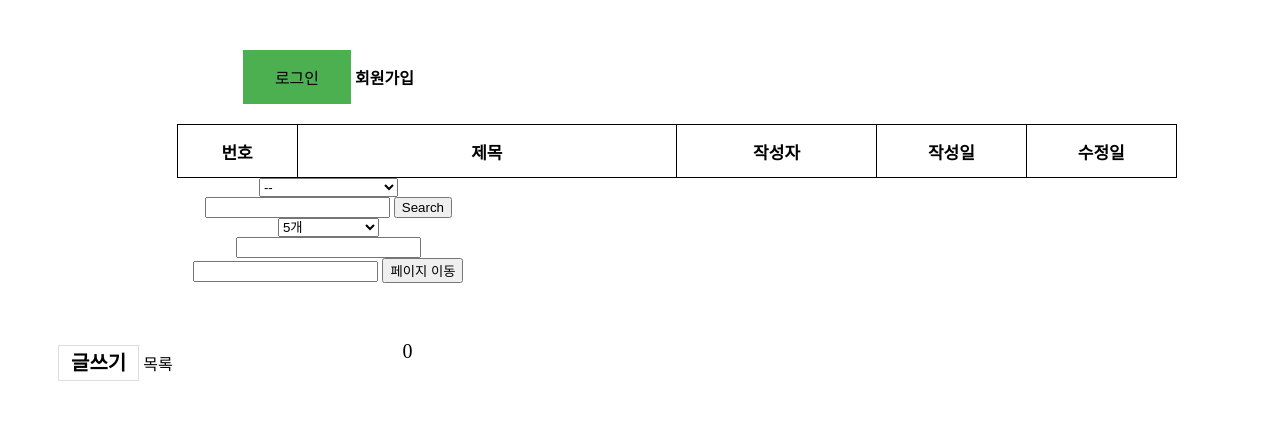
Repository: Shim-YoungDo/gaea-study
Page: http://localhost/study/WEB-INF/views/board/list.jsp
An editor plug-in stored every save of this project. The page is shown before and after the next save, followed by the edit.
The browser window is 1280 px wide. The pictures show the whole page.
The page is served by Tomcat 9. Nobody is signed in. Other server files are loaded and not shown. The template is opened directly, without the code that normally fills it, so the values that code supplies are empty.

Above is the page before, as saved 2021-12-07 05:05:39.

### study/src/main/webapp/WEB-INF/views/board/list.jsp
<%@ page language="java" contentType="text/html; charset=UTF-8"
	pageEncoding="UTF-8"%>
<%@ taglib uri="http://java.sun.com/jsp/jstl/core" prefix="c"%>
<%@ taglib prefix="fmt" uri="http://java.sun.com/jsp/jstl/fmt"%>
<!DOCTYPE html>
<html>
<head>
<meta charset="UTF-8">
<title>Insert title here</title>
<link rel="stylesheet" href="/resources/css/board/list.css">
<script src="https://code.jquery.com/jquery-3.4.1.js"
	integrity="sha256-WpOohJOqMqqyKL9FccASB9O0KwACQJpFTUBLTYOVvVU="
	crossorigin="anonymous"></script>
</head>
<body>
	<div class="table_wrap">
		<a href="/board/registeView" class="enroll_btn">글쓰기</a>
		<a href="/board/list" class="list_btn">목록</a>
		<div class="login_area">
		<!-- 로그인 x -->
		<c:if test="${member==null}">
		<div class="login_button"><a href="/member/login">로그인</a></div>
		<span><a href="/member/join">회원가입</a></span>
		</c:if>

		<!-- 로그인 o -->
		<c:if test="${member != null}">
		<div class="login_success_area">
			<span>이름:${member.memberName}</span>
			<span>아이디:${member.memberID}</span>
			<a href="/member/logout">로그아웃</a>
		</div>
		</c:if>

		<table>
			<thead>
				<tr>
					<th class="bno_width">번호</th>
					<th class="title_width">제목</th>
					<th class="writer_width">작성자</th>
					<th class="regdate_width">작성일</th>
					<th class="updatedate_width">수정일</th>
				</tr>
			</thead>
			<c:forEach items="${list}" var="list">
				<tr>
					<td><c:out value="${list.boardNumber}" /></td>
					<td>
						<a class="move" href='<c:out value="${list.boardNumber}"/>'>
							<c:out value="${list.boardTitle}" />
						</a>
					</td>
					<td>
						<c:out value="${list.boardWriter}" />
					</td>
					<td>
						<fmt:formatDate pattern="yyyy/MM/dd"
							value="${list.boardRegistrationDate}" />
					</td>
					<td>
						<fmt:formatDate pattern="yyyy/MM/dd"
							value="${list.boardUpdateDate}" />
					</td>
				</tr>
			</c:forEach>
		</table>

		<div class="search_wrap">
			<div class="search_area">
				<select name="type">
                <option value="" <c:out value="${pageMake.cri.type == null?'selected':'' }"/>>--</option>
                <option value="T" <c:out value="${pageMake.cri.type eq 'T'?'selected':'' }"/>>제목</option>
                <option value="C" <c:out value="${pageMake.cri.type eq 'C'?'selected':'' }"/>>내용</option>
                <option value="W" <c:out value="${pageMake.cri.type eq 'W'?'selected':'' }"/>>작성자</option>
                <option value="TC" <c:out value="${pageMake.cri.type eq 'TC'?'selected':'' }"/>>제목 + 내용</option>
                <option value="TW" <c:out value="${pageMake.cri.type eq 'TW'?'selected':'' }"/>>제목 + 작성자</option>
                <option value="TCW" <c:out value="${pageMake.cri.type eq 'TCW'?'selected':'' }"/>>제목 + 내용 + 작성자</option>
            </select>
				<input type="text" name="keyword" value="${pageMake.cri.keyword}">
				<button>Search</button>
			</div>
		</div>

		<div class="amount_wrap">
			<div class="amount_area">

					<select name="amount" onchange="selectBoxChange(this.value);">
						<option value="" disabled >=== 선택 ===</option>
						<option value=5 <c:out value="${pageMake.cri.amount == 5?'selected':''}"/>>5개</option>
    					<option value=10 <c:out value="${pageMake.cri.amount == 10?'selected':''}"/>>10개</option>
    					<option value=20 <c:out value="${pageMake.cri.amount == 20?'selected':''}"/>>20개</option>
    					<option value=25 <c:out value="${pageMake.cri.amount == 25?'selected':''}"/>>25개</option>

					</select>

			</div>
		</div>


		<div class="page_select_wrap">
			<div class="page_select_area">
				<input type = "text" pattern="\d" name="pageSelect"value='<c:out value="${pageMake.cri.pageNum}"/>'>
				<input name = "totalPage" readonly="readonly" value = '<c:out value="${pageMake.realEnd}"/>'>
				<button>페이지 이동</button>
			</div>
		</div>

		<div class="pageInfo_wrap">
			<div class="pageInfo_area">
				<ul id="pageInfo" class="pageInfo">

					<!-- 이전페이지 버튼 -->
					<c:if test="${pageMake.prev}">
						<li class="pageInfo_btn previous"><a href="${pageMake.startPage-1}">이전</a></li>
					</c:if>

					<!-- 각 번호 페이지 버튼 -->
					<c:forEach var="num" begin="${pageMake.startPage}" end="${pageMake.endPage}">
						<li class="pageInfo_btn ${pageMake.cri.pageNum == num ? "active":"" }"><a href="${num}">${num}</a></li>
					</c:forEach>

					<!--
					<form id="pageForm" method="post">
					<select name="amount" id="amount" onchange="selectBoxChange(this.value);">
						<option value="none">=== 선택 ===</option>
						<option value="5">5개</option>
    					<option value="10">10개</option>
    					<option value="20">20개</option>
					</select>
					</form>
					-->

					<!-- 다음페이지 버튼 -->
					<c:if test="${pageMake.next}">
						<li class="pageInfo_btn next"><a href="${pageMake.endPage+1}">다음</a></li>
					</c:if>
				</ul>
			</div>
		</div>

		<form id="moveForm" method="get">
			<input type="hidden" name="pageNum" value="${pageMake.cri.pageNum}">
			<input type="hidden" name="amount" value="${pageMake.cri.amount}">
			<input type="hidden" name="keyword" value="${pageMake.cri.keyword}">
			<input type="hidden" name="type" value="${pageMake.cri.type}">

		</form>
	</div>
</div>

	<script>
		let moveForm = $("#moveForm");
		let pageForm = $("#pageForm");

		$(".move").on("click", function(e) {
			e.preventDefault();
			moveForm.append("<input type='hidden' name='boardNumber' value='"
					+ $(this).attr("href") + "'>"); //<form>내부 boardNumber값을 저장하는 <input>태그 생성
			moveForm.attr("action", "/board/getPage");
			moveForm.submit();
				});

		$(".pageInfo a").on("click", function(e){
			e.preventDefault();
			moveForm.find("input[name='pageNum']").val($(this).attr("href")); //<form>내부 pageNum과 관련된 <input>태그의 value 속성값에 클릭한<a>태그 페이지 번호 삽입
			moveForm.attr("action", "/board/list");
			moveForm.submit();
		});

		/*
		var selectBoxChange = function(value){
			console.log("결과:" +value);
			$.ajax({
				type:"post",
				url:"/board/pageAmount",
				data: "pageAmount=" +value,
				success : function(data){
					alert("성공", +data);
					console.log(data);
				}
			});
		}*/

		/*
		$("#pageForm").change(function(){
			var pageAmount = value;

			$.ajax({
				type:"post",
				url:"/board/pageAmount",
				data: "pageAmount=" +pageAmount,
				success : function(data){
					alert("성공", +data);
					console.log(data);
				}
			});

		});*/


		//검색기능
		$(".search_area button").on("click", function(e){
			e.preventDefault();

			let type = $(".search_area select").val();
			let keyword = $(".search_area input[name='keyword']").val();

			if(!type){
				alert("검색 종류를 선택하세요");
				return false;
			}
			if(!keyword){
				alert("키워드를 입력하세요");
				return false;
			}

			//let val = $("input[name='keyword']").val();
			moveForm.find("input[name='type']").val(type);
			moveForm.find("input[name='keyword']").val(keyword);
			moveForm.find("input[name='pageNum']").val(1);
			moveForm.submit();
		});

		/*
		$("#pageForm").change(function(){
			var pageAmount = value;
			let amount = $(".amount_area select").val();

			pageForm.find("input[name]='amount'").val(amount);
			pageForm.submit();
		});*/

		//화면에 출력될 총 게시글 수 선택
		var selectBoxChange = function(value){

			let amount = $(".amount_area select").val();

			//pageForm.find("input[name]='amount'").val(amount);
			//pageForm.submit();
			moveForm.find("input[name='amount']").val(amount);
			moveForm.find("input[name='pageNum']").val(1);
			moveForm.submit();

			console.log("결과:" +value);
			//alert("성공", +data);
		}

		//선택 페이지 이동
		$(".page_select_area button").on("click",function(){

			let pageNum = $(".page_select_area [name='pageSelect']").val();

			moveForm.find("input[name='pageNum']").val(pageNum);
			moveForm.attr("action", "/board/list");
			moveForm.submit();
		});




		/*
		$(".page_count_area button").on("click"function(){
			let pageCount = $(".page_count_area [name='pageCount']").val();
			moveForm.find("input[name='pageCount']").val(pageCount);
			moveForm.attr("action", "/board/list");
			moveForm.submit();
		});
		*/
	</script>

</body>
</html>

### study/src/main/webapp/resources/css/board/list.css
@charset "UTF-8";
a{
  	text-decoration : none;
  }
  table{
 	border-collapse: collapse;
 	width: 1000px;
 	margin-top : 20px;
 	text-align: center;
  }
  td, th{
  	border : 1px solid black;
  	height: 50px;
  }
  th{
  	font-size : 17px;
  }
  thead{
  	font-weight: 700;
  }
  .table_wrap{
  	margin : 50px 0 0 50px;
  }
  .bno_width{
  	width: 12%;
  }
  .writer_width{
  	width: 20%;
  }
  .regdate_width{
  	width: 15%;
  }
  .updatedate_width{
  	width: 15%;
  }
  .enroll_btn{
  	font-size: 20px;
    padding: 6px 12px;
    background-color: #fff;
    border: 1px solid #ddd;
    font-weight: 600;
  }

  .pageInfo{
      list-style : none;
      display: inline-block;
    margin: 50px 0 0 100px;
  }
  .pageInfo li{
      float: left;
    font-size: 20px;
    margin-left: 18px;
    padding: 7px;
    font-weight: 500;
  }
  .login_area{
	width:25%;
	height:30%;
	display:inline-block;
	text-align:center;
}
  .login_button{
  	background-color: #4CAF50; /* Green */
    border: none;
    color: white;
    padding: 15px 32px;
    text-align: center;
    text-decoration: none;
    display: inline-block;
    font-size: 16px;
  }
  .login_area>span{
	margin-top:10ox;
	font-weight:900;
	display:inline-block;
}


 a:link {color:black; text-decoration: none;}
 a:visited {color:black; text-decoration: none;}
 a:hover {color:blue; text-decoration: underline;}
 .active{
 	text-decoration:underline;
 }

After the next save:
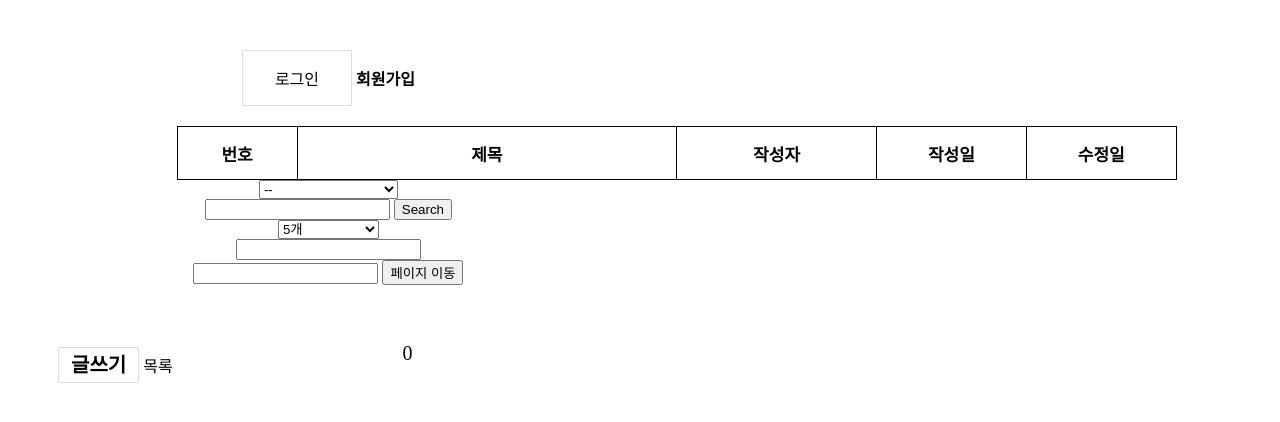
Saved 69 s later.
--- a/study/src/main/webapp/resources/css/board/list.css
+++ b/study/src/main/webapp/resources/css/board/list.css
@@ -60,8 +60,8 @@ a{
 	text-align:center;
 }
   .login_button{
-  	background-color: #4CAF50; /* Green */
-    border: none;
+  	background-color: #ffffff; /* Green */
+    border: 1px solid #ddd;
     color: white;
     padding: 15px 32px;
     text-align: center;
